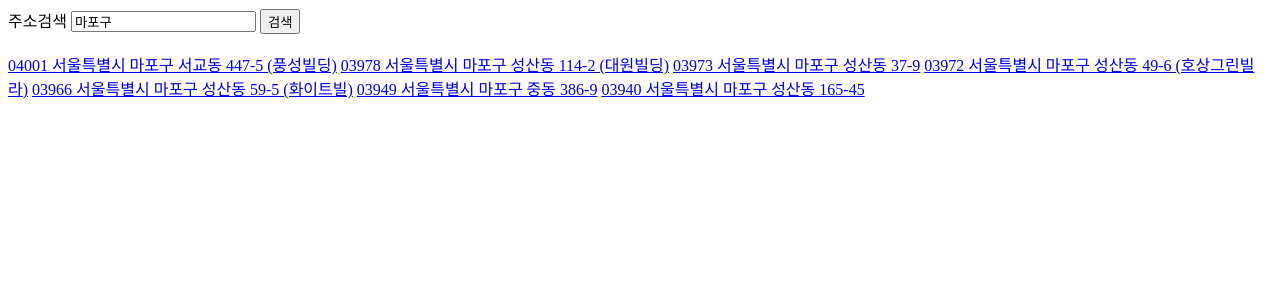
Repository: god5228god/Jsp
Page: WebApp03/WebContent/Test030.html
The author's editor kept a copy of each file at every save. The page is drawn from the files as they stood at one save, then again after the next save.
The browser window is 1280 px wide. The pictures show the whole page.

Above is the page before, as saved 2026-02-25 05:23:47.

After the next save:
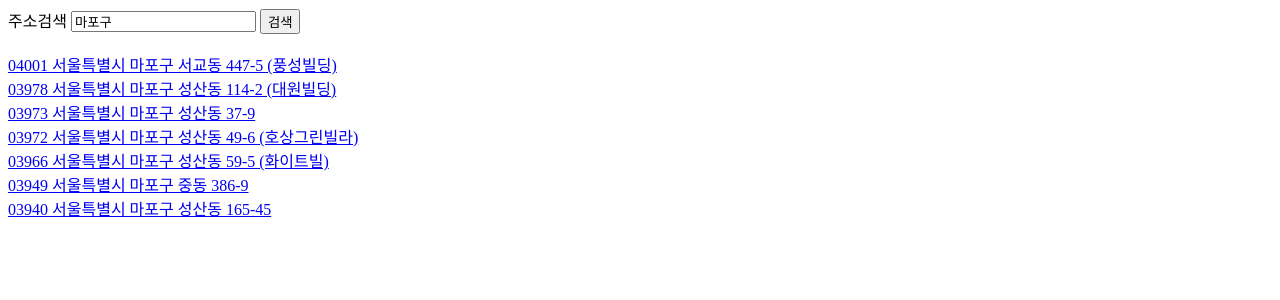
Saved 30 s later.
--- a/WebApp03/WebContent/Test030.html
+++ b/WebApp03/WebContent/Test030.html
@@ -10,13 +10,13 @@
 			주소검색
 			<input type="text" value="마포구"/>
 			<input type="button" value="검색"/><br><br>
-			<a href="#">04001	서울특별시 마포구 서교동 447-5 (풍성빌딩)</a>
-			<a href="#">03978	서울특별시 마포구 성산동 114-2 (대원빌딩)</a>
-			<a href="#">03973	서울특별시 마포구 성산동 37-9</a>
-			<a href="#">03972	서울특별시 마포구 성산동 49-6 (호상그린빌라)</a>
-			<a href="#">03966	서울특별시 마포구 성산동 59-5 (화이트빌)</a>
-			<a href="#">03949	서울특별시 마포구 중동 386-9</a>
-			<a href="#">03940	서울특별시 마포구 성산동 165-45</a>
+			<a href="#">04001	서울특별시 마포구 서교동 447-5 (풍성빌딩)</a><br>
+			<a href="#">03978	서울특별시 마포구 성산동 114-2 (대원빌딩)</a><br>
+			<a href="#">03973	서울특별시 마포구 성산동 37-9</a><br>
+			<a href="#">03972	서울특별시 마포구 성산동 49-6 (호상그린빌라)</a><br>
+			<a href="#">03966	서울특별시 마포구 성산동 59-5 (화이트빌)</a><br>
+			<a href="#">03949	서울특별시 마포구 중동 386-9</a><br>
+			<a href="#">03940	서울특별시 마포구 성산동 165-45</a><br>
 
 		</form>
 	</div>
